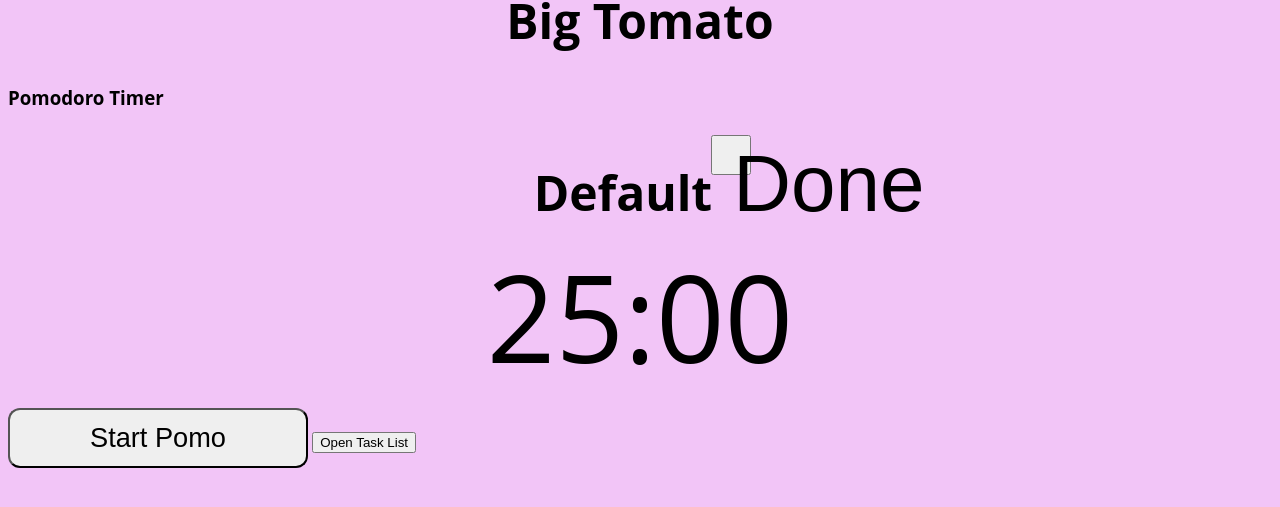
Repository: esong165/cse110-w21-group25
Page: source/index.html
An editor plug-in stored every save of this project. The page is shown before and after the next save, followed by the edit.
The browser window is 1280 px wide. The pictures show the whole page.

Above is the page before, as saved 2021-03-04 14:39:13.
Console error: TypeError: Cannot read properties of null (reading 'style')

### source/index.html
<!DOCTYPE html>
<html lang="en">
<head>


	<meta charset="UTF-8" />
	<title>Pomodoro Timer</title>
	<meta name="viewport" content="width=device-width, initial-scale=1.0" />
	<link rel="stylesheet" href="./main.css" />
</head>
<body>
	<header>
		<h1 id="site-header">Big Tomato</h1>
	</header>

	<main id="homeID" style="display:block">
		<h3>Pomodoro Timer</h3>
		<div id="current-task-container">
			<h3 id="current-task">Default</h3>
			<h3 id="num-pomos">1</h3>
			<button id="done-button" type="submit" value="Done With Task" >
				Done
			</button>
		</div>

		<section id="timer-display">
		<p id="time-remaining">25:00</p>
		</section>
		<button id="timer-button">Start Pomo</button>

		<div id="task-list">
			<h3>Task Name:               Estimated pomodoros:</h3>
			<ul id="tasks-container" is="task-list"></ul>
			<form id="add-task-container">
				<label>Task name:</label>
				<input type="text" id="new-task-name" maxlength="30">
				<label>Estimated pomodoros:</label>
				<input type="number" id="new-task-count" value="1" min="1" max="99">
				<input type="submit" id="add-task-btn" value="Add Task">
			</form>
		</div>

		<button id="tasklist-btn">Open Task List</button>
		<audio id="alarm" src="./air-horn.mp3"></audio>
	</main>

	<script src="./task-item.js" type="module"></script>
	<script src="./timer.js" type="module"></script>
	<script src="./tasklist.js" type="module"></script>
	<script src="./main.js"></script>

</body>
</html>

### source/main.css
body {
	background-color: rgb(242, 197, 247); /* pomo, short: 184, 236, 184; long: 170, 210, 247; */
	font-family: 'Open Sans', sans-serif;
	padding-bottom: 0;
}

#site-header {
	text-align: center;
	font-size: 300%;
	margin-top: -20px;
}

html {
	overflow-y: scroll;
}

.taskbar-button {
	height: 50px;
	width: 50px;
}

/* nav-buttons */

#home-button {
	padding: 20px;
	outline: 0;
}

#stats-button {
	padding: 20px;
	outline: 0;
}

#settings-button {
	padding: 20px;
	outline: 0;
}

#task-list-button {
	padding: 20px;
	outline: 0;
}

#faq-button {
	padding: 20px;
	outline: 0;
}

/* task-bar */
#task-bar {
	text-align: center;
	margin: 0 auto;
	vertical-align: middle;
	padding-top: 0;
}

/* timer */
#current-task-container {
	text-align: center;
	margin-top: 30px;
}

#current-task {
	display: inline-block;
	font-size: 300%;
	margin: 0;
	text-align: center;
}

#time-remaining {
	font-size: 750%;
	margin-bottom: 10px;
	margin-top: 10px;
	text-align: center;
}

#mode-message {
	text-align: center;
	font-size: 150%;
}

#timer-button-container {
	text-align: center;
}

#timer-button {
	border-radius: 12px;
	font-size: 170%;
	padding: 2px, 2px, 8px, 8px;
	width: 300px;
	height: 60px;
	outline: 0;
}

#timer-button:hover {
	background-color: rgb(207, 207, 207);
}

/* task-list */
#add-task-container {
	text-align: center;
}

#task-list {
	display: none; /* Include some positioning */
}

#task-name {
	text-align: center;
}

#new-task-name {
	size: 20px;
}

#est-pomos {
	text-align: center;
}

#new-task-count {
	size: 20px;
}

#faq {
	display: flex;
	justify-content: center;
}

#faq {
	margin: 0 auto;
	max-width: 50%;
}

#faq div {
	max-width: 100%;
}

#task-list {
	display: none; /* Include some positioning */
}

#navButton {
	text-align: center;
	background-color: aquamarine;
}

#popup-button {
	background-color: rgba(247, 108, 108, 0.932);
	text-align: center;
	display: inline-block;
	font-size: 500%;
	cursor: pointer;
	padding: 20px 20px;
}

#done-button {
	cursor: pointer;
	display: inline-block;
	font-size: 500%;
	height: 40px;
	margin: -5px;
	outline: 0;
	padding-left: 20px;
	text-align: center;
	width: 40px;
}

#popup-button:hover {
	background-color: rgb(255, 0, 0);
}

#done-button:hover {
	background-color: rgb(30, 255, 0);
}

#num-pomos {
	display: none;
	font-size: 300%;
	text-align: center;
}

table,
th,
td {
	border: 1px solid black;
	width: 42%;
	text-align: center;
}

.task-item {
	list-style-type: none;
}

#tasks-container {
	text-align: center;
}

### source/task-item.js
/**
 * A class representing a task item.
 */
export default class TaskItem extends HTMLElement {
	/**
	 * Constructs a task item using the input task name and estimated pomodoro count.
	 * Sets the current pomodoro count to 0.
	 * @param {String} taskName - Name of the task.
	 * @param {Number} pomoCount - Estimated pomodoro count.
	 * @param {Number} currPomoCount - Number of pomodoro cycles that have been completed with this task.
	 */
	constructor(taskName, pomoCount, currPomoCount) {
		// Required call to super in custom web component
		super();

		// Initializes shadow DOM
		const shadow = this.attachShadow({ mode: 'open' });

		// Creates list object representing the task
		const task = document.createElement('li');
		task.setAttribute('class', 'task');
		task.setAttribute('draggable', 'true');
		task.style = 'list-style-type:none; ';

		// Set name of task
		const name = document.createElement('span');
		name.innerHTML = '';
		name.innerHTML += taskName;
		name.style = 'display:none;';
		task.appendChild(name);

		// Set estimated pomodoros
		const count = document.createElement('span');
		count.innerHTML = '';
		count.innerHTML += pomoCount;
		count.style = 'display:none;';
		task.appendChild(count);
		// Set current pomodoro count
		this.currPomos = currPomoCount;

		// Select task button note: considering making this a radio option or making the text a clickable button
		const selectTaskButton = document.createElement('button');
		selectTaskButton.innerHTML = taskName;
		task.appendChild(selectTaskButton);

		const selectPomoButton = document.createElement('button');
		selectPomoButton.innerHTML = pomoCount;
		task.appendChild(selectPomoButton);

		// Remove task button
		const removeTaskButton = document.createElement('button');
		removeTaskButton.innerHTML = 'Remove';
		task.appendChild(removeTaskButton);

		// Add task to shadow DOM
		shadow.appendChild(task);
	}

	drag(event) {
		console.log('drag');
	}

	drop(event) {
		event.preventDefault();
		console.log('drop');
	}

	allowDrop(event) {
		event.preventDefault();
	}
}

customElements.define('task-item', TaskItem);

### source/timer.js
/**
 * All things timer.
 */
export default class Timer {
	/**
	 * Constructs the timer with a default remaining time of 25 minutes.
	 */
	constructor() {
		//const myMinutes = document.getElementById('minutes');
		this.$remaining = 5 * 1000;
	}

	/**
	 * Gets the remaining time.
	 */
	get remaining() {
		return this.$remaining;
	}

	/**
	 * Sets the remaining time.
	 * @param {Number} time - the remaining time, in miliseconds
	 */
	set remaining(time) {
		this.$remaining = time;
		document.getElementById('time-remaining').textContent = this.$format(time);
	}

	/**
	 * Formats the given time to the form of mm:ss.
	 * @param {Number} time - the time, in miliseconds, to format
	 */
	$format(time) {
		const date = new Date(0);
		date.setMilliseconds(time);
		const isoDate = date.toISOString();
		let formatted;
		if (isoDate.length === 24) {
			formatted = isoDate.substr(14, 5);
		} else {
			formatted = isoDate.substr(17, 5);
		}
		return formatted;
	}

	$startCounter() {
		console.log(this.$remaining);
		this.$intervalId = setInterval(() => {
			this.$remaining -= 1000;
			//console.log(this.$remaining);
			if (this.$remaining === 0) {
				cancelInterval(this.$intervalId);
				document.getElementById('alarm').play();
			}
		}, 1000);
	}
}

document.addEventListener('DOMContentLoaded', () => {
	if (window.app === undefined) window.app = {};
	window.app.timer = new Timer();
	document.getElementById('timer-button').addEventListener('click', window.app.timer.$startCounter);
});
/*
let intervalHandle;
let myMinutes;
let mySeconds;
*/
/**
 * Once the count down is done, timer is reset to the previous page.
 */
/*
function resetPage() {
	document.getElementById('input-area').style.display = 'block';
	document.getElementById('rules').style.display = 'block';
	document.getElementById('timer-button').style.display = 'block';
}
*/
/**
 * Shows the time after each second.
 */
/*
function tick() {
	const timeDisplay = document.getElementById('time-remaining');
	if (mySeconds < 10) {
		mySeconds = '0' + mySeconds;
	}
	if (myMinutes === 0) {
		myMinutes = '00';
	} else if (myMinutes < 10) {
		myMinutes = '0' + myMinutes;
	}
	const message = myMinutes.toString() + ':' + mySeconds;
	timeDisplay.innerHTML = message;
	if (mySeconds === 0 && myMinutes !== 0) {
		myMinutes--;
		mySeconds = 60;
	} else if (mySeconds === 0) {
		document.getElementById('alarm').play();
		clearInterval(intervalHandle);
		resetPage();
	}
	mySeconds--;
}
*/
/**
 * Function starts when the button is clicked and takes in the minute and second input
 */
/*
function startCounter() {
	myMinutes = document.getElementById('minutes').value;
	mySeconds = document.getElementById('seconds').value;
	if (isNaN(myMinutes)) {
		alert('Type a valid number please');
		return;
	}
	if (isNaN(mySeconds)) {
		alert('Type a valid number please');
		return;
	}
	intervalHandle = setInterval(tick, 1000);
	document.getElementById('input-area').style.display = 'none';
	document.getElementById('rules').style.display = 'none';
	document.getElementById('timer-button').style.display = 'none';
}
*/

### source/tasklist.js
import TaskItem from './task-item.js';

/**
 * A class representing a Tasklist.
 */
export default class Tasklist extends HTMLUListElement {
	/**
	 * Constructs the Tasklist with a default tasklist and selected task, or
	 * the tasklist and selected task stored in localStorage if they exist.
	 */
	constructor() {
		// Required call to super in custom web component
		super();

		// Initialize $tasks and $selected to default values
		this.$tasks = [];
		this.$selected = ['Default', '1', '-1'];

		// Get values from localStorage and updating $tasks and $selected if these are not null
		const taskItemArr = JSON.parse(localStorage.getItem('taskItemArr'));
		const selectedArr = JSON.parse(localStorage.getItem('selectedTask'));
		if (taskItemArr !== null) {
			this.$tasks = taskItemArr;
		}
		if (selectedArr !== null) {
			this.$selected = selectedArr;
		}

		// Update current task display
		document.getElementById('current-task').innerHTML = this.$selected[0];
		document.getElementById('num-pomos').innerHTML = this.$selected[1];

		// Update tasklist display
		for (const task of this.$tasks) {
			const currTask = new TaskItem(task[0], task[1], task[2]);
			currTask.id = task[0];

			/* Add select and remove buttons to each task fetched from localStorage
				(Perhaps create new method doing this to be called here and in addTask()) */
			currTask.shadowRoot.children[0].children[2].addEventListener('click',
				function() { document.getElementById('tasks-container').selectTask(task[0]); });
			currTask.shadowRoot.children[0].children[3].addEventListener('click',
				function() { document.getElementById('tasks-container').selectTask(task[0]); });
			currTask.shadowRoot.children[0].children[4].addEventListener('click',
				function() { document.getElementById('tasks-container').removeTask(task[0]); });

			document.getElementById('tasks-container').appendChild(currTask);
			document.getElementById(task[0]).setAttribute('ondragstart', 'drag(event);');
			document.getElementById(task[0]).setAttribute('ondragover', 'allowDrop(event);');
			document.getElementById(task[0]).setAttribute('ondrop', 'drop(event);');
		}
	}

	/**
	 * Gets the current selected task as an array.
	 * @returns {Array} Array containing task name at position 0 and estimated count at position 1.
	 */
	getSelected() {
		return this.$selected;
	}

	/**
	 * Add a task to the tasklist.
	 * @param {String} name - the name of the task
	 * @param {Number} count - the estimated number of pomodoro cycles
	 */
	addTask(name, count) {
		// Validity checking
		if (name.trim() === '') {
			alert('Please enter a valid task name.');
			return;
		}
		const task = new TaskItem(name, count, 0);
		task.id = name;

		/* Add select and remove buttons to the task
			(Perhaps create new method doing this to be called here and in c-tor) */
		task.shadowRoot.children[0].children[2].addEventListener('click',
			function() { document.getElementById('tasks-container').selectTask(name); });
		task.shadowRoot.children[0].children[3].addEventListener('click',
			function() { document.getElementById('tasks-container').removeTask(name); });

		// Store task as array of array in local storage -- could refactor into separate method
		let taskItemArr = JSON.parse(localStorage.getItem('taskItemArr'));
		if (taskItemArr == null) {
			taskItemArr = [];
		}

		// Create array version of the task
		const taskAsArr = [];
		taskAsArr.push(name);
		taskAsArr.push(count);
		taskAsArr.push(task.currPomos);

		// Validity checking (WIP)
		if (!JSON.stringify(taskItemArr).includes(JSON.stringify(taskAsArr))) {
			taskItemArr.push(taskAsArr);
			this.$tasks.push([name, count, task.currPomos]);
			this.appendChild(task);
			document.getElementById(name).setAttribute('ondragstart', 'drag(event);');
			document.getElementById(name).setAttribute('ondragover', 'allowDrop(event);');
			document.getElementById(name).setAttribute('ondrop', 'drop(event);');
		} else {
			alert('Task is already in tasklist.');
			return;
		}

		// This could probably just go in the if block above
		localStorage.setItem('taskItemArr', JSON.stringify(taskItemArr));
	}

	/**
	 * Select a task as the current task.
	 * @param {String} taskId - name of selected task.
	 */
	selectTask(taskId) {
		const task = document.getElementById(taskId).shadowRoot.children[0];
		const name = task.children[0].innerHTML;
		const pomos = task.children[1].innerHTML;

		// Update current task display
		document.getElementById('current-task').innerHTML = name;
		document.getElementById('num-pomos').innerHTML = pomos;

		// Update $selected instance variable
		this.$selected = [name, pomos, document.getElementById(taskId).currPomos];

		// Store selected task in local storage
		localStorage.setItem('selectedTask', JSON.stringify(this.$selected));
		// goes to timer page to see task set
		home();
	}

	/**
	 * Remove a task from the tasklist.
	 * @param {String} taskId - name of task to be removed.
	 */
	removeTask(taskId) {
		const currTaskId = document.getElementById('current-task').innerHTML;
		const taskContainer = document.getElementById('tasks-container');

		const task = document.getElementById(taskId);

		// Remove task from $tasks instance variable
		this.$tasks = arrayRemove(this.$tasks, taskId);

		/* Edge case check for a bug I could not figure out -- without this line,
			sometimes a task enters the tasklist with undefined, undefined --
			occurs when you add a task, select it, then remove it and refresh
			Justin Check how local storage works with select and see what's wrong with case
			*/
		if (JSON.stringify(this.$tasks) === '[{}]') this.$tasks = [];

		// Update tasklist display
		if (task != null) {
			taskContainer.removeChild(task);
		}

		// If current task is the removed task, move to next task in tasklist or default task
		if (currTaskId === taskId) {
			// Select the next task if there are any left in list
			if (taskContainer.hasChildNodes()) {
				document.getElementById('tasks-container').selectTask(this.$tasks[0][0]);
			} else {
				// Update displays and $selected to defaults if there are no tasks left in list
				document.getElementById('current-task').innerHTML = 'Default';
				document.getElementById('num-pomos').innerHTML = '1';
				this.$selected = ['Default', '1', '-1'];
			}
		}

		// Update localStorage with $tasks and $selected
		localStorage.setItem('taskItemArr', JSON.stringify(this.$tasks));
		localStorage.setItem('selectedTask', JSON.stringify(this.$selected));
	}

	updateCurrPomos(taskId) {
		const currTaskItem = document.getElementById(taskId);
		if (currTaskItem !== null) {
			currTaskItem.currPomos++;
			for (let i = 0; i < this.$tasks.length; i++) {
				if (this.$tasks[i][0] === taskId) {
					this.$tasks[i][2]++;
					localStorage.setItem('taskItemArr', JSON.stringify(this.$tasks));
					break;
				}
			}
			this.$selected[2]++;
			localStorage.setItem('selectedTask', JSON.stringify(this.$selected));
		}
	}
}

customElements.define('task-list', Tasklist, { extends: 'ul' });

function home() {
	/* add listeners or something to change color for timer */
	/* hides non timer elements and makes timer elements visible */

	const home = document.getElementById('timer');
	home.style.display = 'block';

	const tasklist = document.getElementById('task-list');
	tasklist.style.display = 'none';

	const faq = document.getElementById('faq');
	faq.style.display = 'none';

	const settings = document.getElementById('settings');
	settings.style.display = 'none';

	const stats = document.getElementById('stats');
	stats.style.display = 'none';
}

/**
 * Helper function to remove task from $tasks.
 * @param {*} arr - array to remove from.
 * @param {*} toRemove - element to be removed.
 */
function arrayRemove(arr, toRemove) {
	return arr.filter(function(el) {
		return el[0] !== toRemove;
	});
}

### source/main.js
// Run on DOM load
document.addEventListener('DOMContentLoaded', () => {
	const datalist = document.getElementById('tasks-container');

	/**
	 * Sets all taskbar icons to not selected and all style.displays to none.
	 */
	function setAllNone() {
		const home = document.getElementById('timer');
		home.style.display = 'none';

		const tasklist = document.getElementById('task-list');
		tasklist.style.display = 'none';

		const faq = document.getElementById('faq');
		faq.style.display = 'none';

		const settings = document.getElementById('settings');
		settings.style.display = 'none';

		const stats = document.getElementById('stats');
		stats.style.display = 'none';

		const taskListButtonStart = document.getElementById('task-list-button');
		const homeButtonStart = document.getElementById('home-button');
		const statsButtonStart = document.getElementById('stats-button');
		const settingsButtonStart = document.getElementById('settings-button');
		const faqButtonStart = document.getElementById('faq-button');

		taskListButtonStart.setAttribute('src', 'images/tasklist.png');
		homeButtonStart.setAttribute('src', 'images/home.png');
		statsButtonStart.setAttribute('src', 'images/stats.png');
		settingsButtonStart.setAttribute('src', 'images/settings.png');
		faqButtonStart.setAttribute('src', 'images/faq.png');
	}

	/* initial load home page */
	setAllNone();
	const homeButtonSelect = document.getElementById('home-button');
	homeButtonSelect.setAttribute('src', 'images/home2.png');

	// Changes Color of selected button. Default is home
	const home = document.getElementById('timer');
	home.style.display = 'block';

	// If tasklist icon clicked on
	const taskListButton = document.getElementById('task-list-button');
	taskListButton.addEventListener('click', function tasklist() {
		/* hides non tasklist elements and makes tasklist elements visible */
		/* see if we have to do anything to make new tasklist items show appropriately */

		setAllNone();
		/* Changes Color of selected button. */
		const tasklistButtonSelect = document.getElementById('task-list-button');
		tasklistButtonSelect.setAttribute('src', 'images/tasklist2.png');
		// shows tasklist
		const tasklist = document.getElementById('task-list');
		tasklist.style.display = 'block';
	});

	// If home icon clicked on
	const homeButton = document.getElementById('home-button');
	homeButton.addEventListener('click', function home() {
		/* add listeners or something to change color for timer */
		/* hides non timer elements and makes timer elements visible */

		setAllNone();
		/* Changes Color of selected button. */
		const homeButtonSelect = document.getElementById('home-button');
		homeButtonSelect.setAttribute('src', 'images/home2.png');
		// shows timer
		const home = document.getElementById('timer');
		home.style.display = 'block';
	});

	// If stats icon clicked on
	const statsButton = document.getElementById('stats-button');
	statsButton.addEventListener('click', function stats() {
		/* hides non stats elements and makes stats elements visible */

		setAllNone();
		/* Changes Color of selected button. */
		const statsButtonSelect = document.getElementById('stats-button');
		statsButtonSelect.setAttribute('src', 'images/stats2.png');
		// shows settings
		const stats = document.getElementById('stats');
		stats.style.display = 'block';
	});

	const faqButton = document.getElementById('faq-button');
	faqButton.addEventListener('click', function faq() {
		/* hides non stats elements and makes stats elements visible */

		setAllNone();
		/* Changes Color of selected button. */
		const faqButtonSelect = document.getElementById('faq-button');
		faqButtonSelect.setAttribute('src', 'images/faq2.png');
		// shows settings
		const faq = document.getElementById('faq');
		faq.style.display = 'block';
	});

	const settingsButton = document.getElementById('settings-button');
	settingsButton.addEventListener('click', function settings() {
		/* hides non stats elements and makes stats elements visible */

		setAllNone();
		/* Changes Color of selected button. */
		const settingsButtonSelect = document.getElementById('settings-button');
		settingsButtonSelect.setAttribute('src', 'images/settings2.png');
		// shows settings
		const settings = document.getElementById('settings');
		settings.style.display = 'block';
	});

	// "Add task" functionality for tasklist
	const addTaskButton = document.getElementById('add-task-container');
	addTaskButton.addEventListener('submit', function(event) {
		event.preventDefault();
		const newName = document.getElementById('new-task-name');
		const newCount = document.getElementById('new-task-count');
		datalist.addTask(newName.value, newCount.value);
		newName.value = '';
		newCount.value = 1;
	});

	// "Finish Task" functionality for tasklist
	const doneButton = document.getElementById('done-button');
	doneButton.addEventListener('click', function() {
		const currTask = document.getElementById('current-task').innerHTML;
		if (currTask === 'Default') return; // Come back to this in case user wants to have a task named "Default"
		document.getElementById('tasks-container').removeTask(currTask);
	});
});

After the next save:
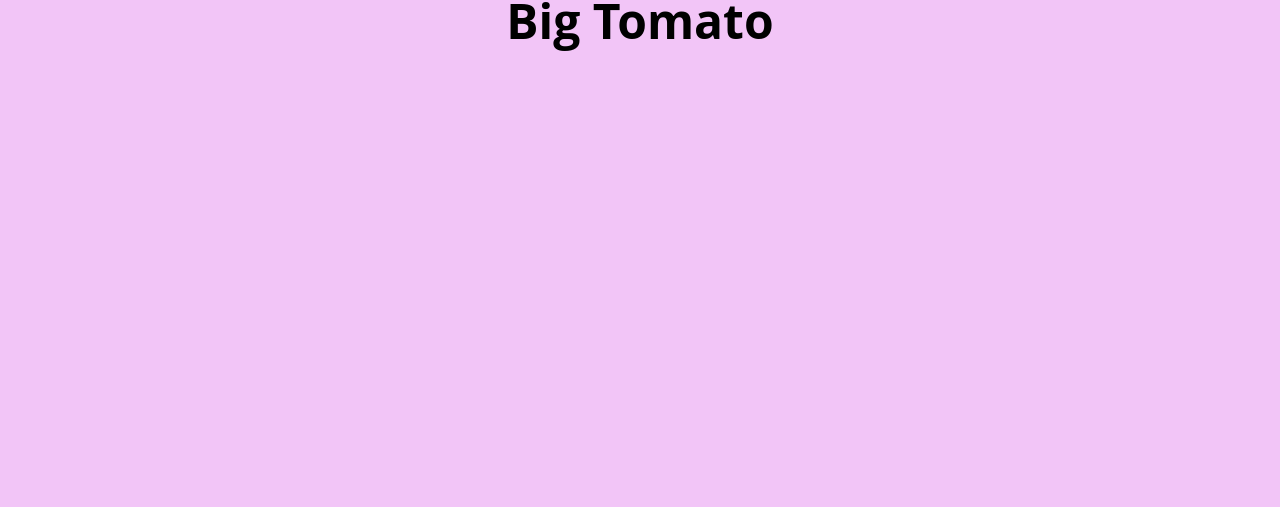
Saved 9 s later.
--- a/source/index.html
+++ b/source/index.html
@@ -13,7 +13,7 @@
 		<h1 id="site-header">Big Tomato</h1>
 	</header>
 
-	<main id="homeID" style="display:block">
+	<main id="homeID" style="display:none">
 		<h3>Pomodoro Timer</h3>
 		<div id="current-task-container">
 			<h3 id="current-task">Default</h3>

After the save that followed:
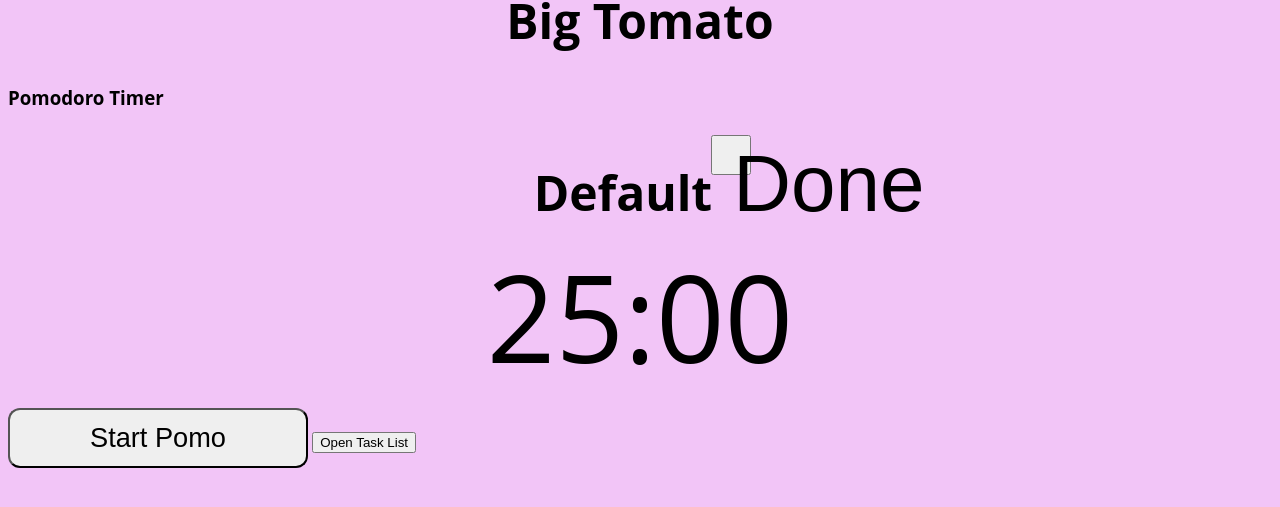
Saved 7 s later.
--- a/source/index.html
+++ b/source/index.html
@@ -13,7 +13,7 @@
 		<h1 id="site-header">Big Tomato</h1>
 	</header>
 
-	<main id="homeID" style="display:none">
+	<main id="homeID" style="display:block">
 		<h3>Pomodoro Timer</h3>
 		<div id="current-task-container">
 			<h3 id="current-task">Default</h3>
